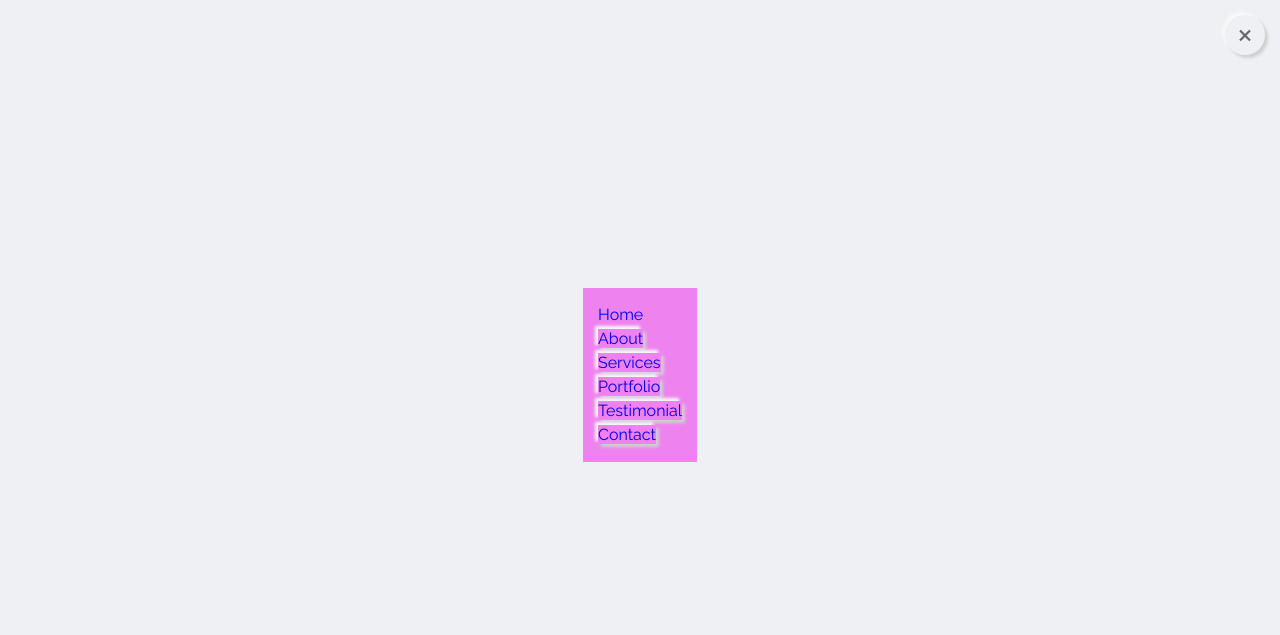
Repository: Mohamed-Hema/Personal-Portfolio---webshala
Page: index.html
The author's editor kept a copy of each file at every save. The page is drawn from the files as they stood at one save, then again after the next save.
The browser window is 1280 px wide. The pictures show the whole page.

Above is the page before, as saved 2021-05-02 14:16:25.

### index.html
<!DOCTYPE html>
<html lang="zxx">
<head>
  <meta charset="utf-8">
  <title>Personal Portfolio Website</title>
  <meta name="viewport" content="width=device-width,initial-scale=1.0">
  <!-- font awesome -->
  <link rel="stylesheet" type="text/css" href="css/font-awesome.css">
  <!-- main css -->
  <link rel="stylesheet" type="text/css" href="css/style.css">
</head>
<body>
    <!-- Start Header -->
    <header class="header">
      <div class="container">
        <div class="row justify-content-between">
          <div class="logo">
            <a href="index.html">w</a>
          </div>
          <div class="hamburger-btn outer-shadow hover-in-shadow">
            <span></span>
          </div>
        </div>
      </div>
    </header>
    <!-- End Header -->
    <!-- Start NavBar -->
    <nav class="nav-menu">
      <div class="close-nav-menu outer-shadow hover-in-shadow">&times;</div>
      <div class="nav-menu-inner">
        <ul>
          <li><a href="#" class="inner-shadow active">Home</a></li>
          <li><a href="#" class="outer-shadow hover-in-shadow">About</a></li>
          <li><a href="#" class="outer-shadow hover-in-shadow">Services</a></li>
          <li><a href="#" class="outer-shadow hover-in-shadow">Portfolio</a></li>
          <li><a href="#" class="outer-shadow hover-in-shadow">Testimonial</a></li>
          <li><a href="#" class="outer-shadow hover-in-shadow">Contact</a></li>
        </ul>
      </div>
    </nav>

    <!-- End NavBar -->

<!-- main js -->
<script src="js/main.js"></script>
<!-- style switcher js -->
<script src="js/style-switcher.js"></script>
</body>
</html>

### css/style.css
/* Start Global Styles */
/* Fonts */
@import url('https://fonts.googleapis.com/css2?family=Raleway&display=swap');
@import url("skins/color-1.css");

/* Define Custom Css Variables */
:root{
    --bg-black-900: #000;
    --bg-black-100: #ddd;
    --bg-black-50:#eff0f4;
    --text-black-900:#000;
    --text-black-700: #555;
    --text-black-600: #666;
    --text-black-300: #bbb;
    --outer-shadow: 3px 3px 3px #d0d0d0, -3px -3px 3px #f8f8f8;
    --outer-shadow-0: 0 0 0 #d0d0d0, 0 0 0 #f8f8f8;
    --inner-shadow: inset 3px 3px 3px #d0d0d0, inset -3px -3px 3px #f8f8f8;
}

body{
    font-size: 16px;
    line-height: 1.5;
    overflow-x: hidden;
    background-color: var(--bg-black-50);
}
*:not(i){
    font-family: 'Raleway', sans-serif;
    font-weight: 400;
}
*,
*::before,
*::after{
    margin: 0;
    padding: 0;
    box-sizing: border-box;
    outline: none;
}
a{
    text-decoration: none;
}
ul{
    list-style: none;
    margin: 0;
    padding: 0;
}
img{
    vertical-align: middle;
    max-width: 100%;
}
.container{
    max-width: 1140px;
    margin: auto;
}
.row{
    display: flex;
    flex-wrap: wrap;
}

.justify-content-between{
    justify-content: space-between;
}
.outer-shadow{
    box-shadow: var(--outer-shadow);
}
.hover-in-shadow{
    position: relative;
    z-index: 1;
}
.hover-in-shadow:hover{
    box-shadow: var(--outer-shadow-0);
}
.hover-in-shadow::after{
    content: '';
    position: absolute;
    left: 0;
    top: 0;
    width: 100%;
    height: 100%;
    transition: all .3s ease;
}
.hover-in-shadow:hover::after{
    box-shadow: var(--inner-shadow);

}
/* End Global Styles */
/* Start Header */
.header{
    padding: 20px 15px;
    position: absolute;
    width: 100%;
    top: 0;
    left: 0;
    z-index: 99;
}
.header .logo a{
    display: inline-block;
    text-align: center;
    line-height: 36px;
    height: 40px;
    width: 40px;
    font-size: 24px;
    color: var(--skin-color);
    border-radius: 50%;
    border: 2px solid var(--skin-color);
    font-weight: 600;
    text-transform: uppercase;
}
.header .hamburger-btn{
    height: 40px;
    width: 40px;
    display: flex;
    align-items: center;
    cursor: pointer;
    border-radius: 50%;
    justify-content: center;
    transition: all .3s ease;
}
.header .hamburger-btn::after{
    border-radius: 50%;

}
.header .hamburger-btn span{
    display: block;
    height: 2px;
    width: 16px;
    background-color: var(--bg-black-900);
    position: relative;
}
.header .hamburger-btn span::before,
.header .hamburger-btn span::after{
    content: '';
    position: absolute;
    left: 0;
    width: 100%;
    height: 100%;
    background-color: var(--bg-black-900);
}
.header .hamburger-btn span::before{
    top: -6px;
}
.header .hamburger-btn span::after{
    top: 6px;
}


/* End Header */
/* Start NavBar */
.nav-menu{
    position: fixed;
    padding: 15px;
    left: 0;
    top: 0;
    width: 100%;
    height: 100%;
    z-index: 999;
    background-color: var(--bg-black-50);
    overflow-y: auto;
}
.nav-menu .close-nav-menu{
    height: 40px;
    width: 40px;
    display: block;
    font-size: 35px;
    line-height: 35px;
    border-radius: 50%;
    position: absolute;
    right: 15px;
    top: 15px;
    cursor: pointer;
    text-align: center;
    color: var(--text-black-600);

}
.nav-menu .close-nav-menu::after{
    border-radius: 50%;
}
.nav-menu-inner{
    min-height: 100vh;
    display: flex;
    align-items: center;
    justify-content: center;
}
.nav-menu ul {
    background-color: violet;
    padding: 15px;
}
.nav-menu ul li{
    display: block;
}



/* End NavBar */

Loaded but not shown: css/font-awesome.css (library); css/skins/color-1.css (common file); js/main.js (no stored copy; drawn as an empty file); js/style-switcher.js (no stored copy; drawn as an empty file)

After the next save:
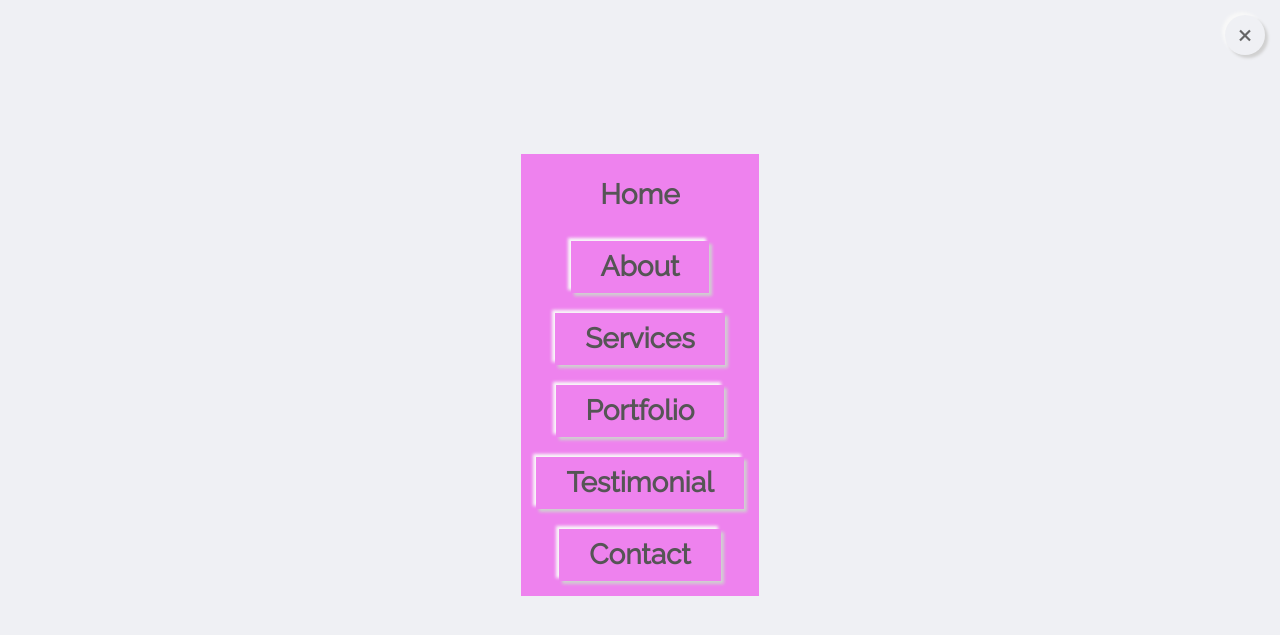
Saved 81 s later.
--- a/css/style.css
+++ b/css/style.css
@@ -186,6 +186,18 @@ img{
 }
 .nav-menu ul li{
     display: block;
+    margin-bottom: 20px;
+    text-align: center;
+}
+.nav-menu ul li:last-child{
+    margin-bottom: 0;
+}
+.nav-menu ul li a{
+    display: inline-block;
+    font-size: 28px;
+    font-weight: 600;
+    color: var(--text-black-700);
+    padding: 5px 30px;
 }
 
 
